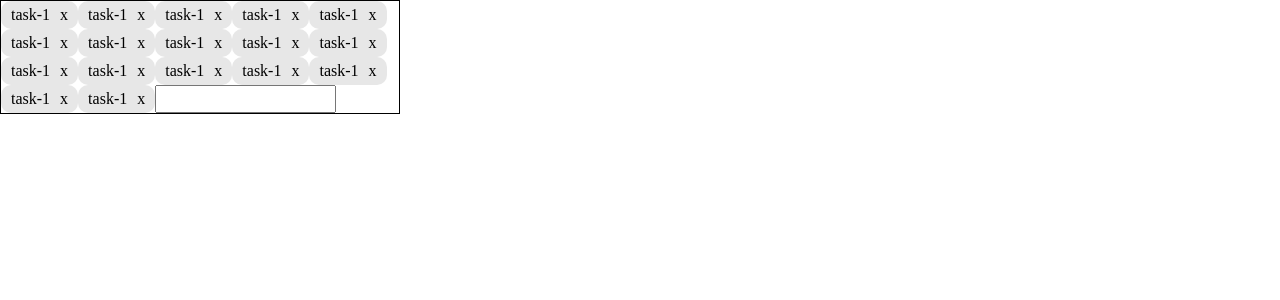
Repository: OkazakiTruong/selectOption
Page: /
These files come from the project's save history. The page is drawn as it stood at one moment and after the next save; the edit follows.
The browser window is 1280 px wide. The pictures show the whole page.
The project was rebuilt for these pictures with package versions that can differ from the ones it lists, and the page was loaded fresh each time. Also part of the build but not shown: vite.config.js.

Above is the page before, as saved 2024-01-17 21:02:38.

After the next save:
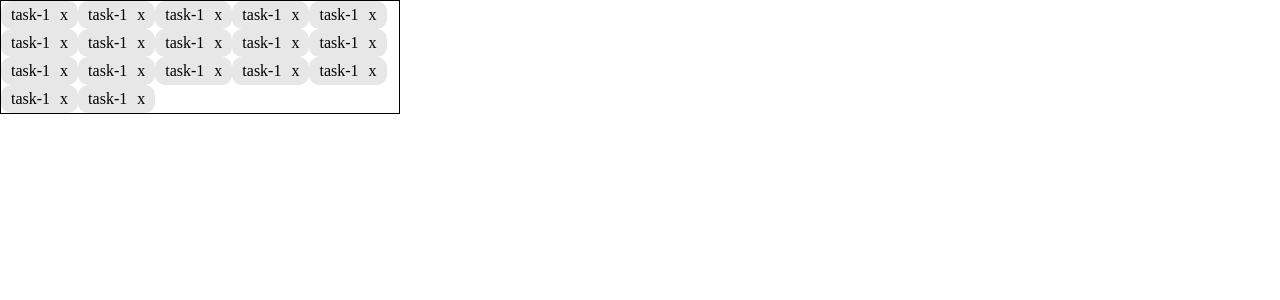
Saved 32 s later.
--- a/src/SelectBox/selectbox.css
+++ b/src/SelectBox/selectbox.css
@@ -5,7 +5,7 @@
   border: 1px solid black;
 }
 .select-input .input {
-  width: max-content;
+  border: none;
 }
 .select-item {
   padding: 5px 10px;
